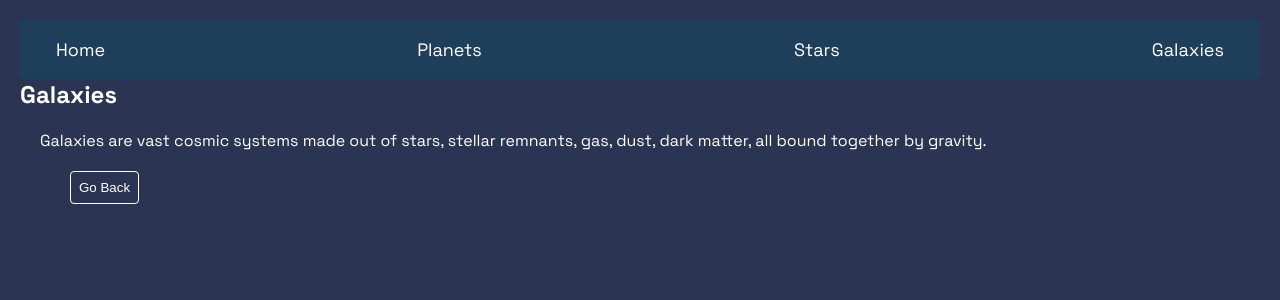
Repository: rmdayberry/Cosmic-Encyclopedia
Page: /galaxies
An editor plug-in stored every save of this project. The page is shown before and after the next save, followed by the edit.
The browser window is 1280 px wide. The pictures show the whole page.
The project was rebuilt for these pictures with package versions that can differ from the ones it lists, and the page was loaded fresh each time. Also part of the build but not shown: vite.config.js, src/pages/Homepage.js.

Above is the page before, as saved 2024-08-31 16:11:36.

### index.html
<!DOCTYPE html>
<html lang="en">
  <head>
    <meta charset="UTF-8" />
    <meta name="viewport" content="width=device-width, initial-scale=1.0" />
    <title>Cosmic Encyclopedia</title>
  </head>
  <body>
    <div id="root"></div>
    <script type="module" src="/src/main.jsx"></script>
  </body>
</html>

### src/App.jsx
import { BrowserRouter as Router, Routes, Route } from "react-router-dom";
import NavBar from "./NavBar";
import NavigateBackButton from "./NavigateBackButton";

//pages
import Homepage from "./pages/Homepage";
import ContentPage from "./pages/ContentPage";

function App() {
  return (
    <Router>
      <NavBar />
      <Routes>
        <Route path="/" element={<Homepage />} />
        <Route path="/:id" element={<ContentPage />} />
      </Routes>
      <NavigateBackButton />
    </Router>
  );
}

export default App;

### src/index.css
@import url("https://fonts.googleapis.com/css2?family=Space+Grotesk:wght@300..700&display=swap");

:root {
  --primary: #1f3e5a;
  --secondary: #2b3452;
}

body {
  margin: 0;
  padding: 20px;
  font-family: "Space Grotesk";
  background-color: var(--secondary);
}
* {
  color: #fff;
  margin: 0;
}

p {
  margin: 20px;
}

button {
  border: 1px solid white;
  padding: 8px;
  border-radius: 4px;
  color: white;
  background: var(--primary);
  cursor: pointer;
}

.nav-bar {
  display: flex;
  justify-content: space-between;
  gap: 16px;
  align-items: center;
  padding: 10px 20px;
  background-color: var(--primary);
}

.nav-bar a {
  color: white;
  text-decoration: none;
  padding: 8px 16px;
  font-size: 18px;
  transition: color 0.3s;
}

.nav-bar a:hover {
  color: orangered;
}

.backBtn {
  background-color: var(--secondary);
  transition: color 0.3s;
  margin-left: 50px;
}
.backBtn:hover {
  background-color: orangered;
}

### src/NavBar.jsx
import { Link } from "react-router-dom";

export default function NavBar() {
  return (
    <nav className="nav-bar">
      <Link to="/">Home</Link>
      <Link to="/planets">Planets</Link>
      <Link to="/stars">Stars</Link>
      <Link to="/galaxies">Galaxies</Link>
    </nav>
  );
}

### src/NavigateBackButton.jsx
import { useNavigate } from "react-router-dom";

const NavigateBackButton = () => {
  const navigate = useNavigate();

  return (
    <button className="backBtn" onClick={() => navigate(-1)}>
      Go Back
    </button>
  );
};

export default NavigateBackButton;

### src/pages/ContentPage.jsx
import { useParams } from "react-router-dom";
import celestialData from "../data/celestialData";

export default function ContentPage() {
  const { id } = useParams();
  const content = celestialData[id];

  if (!content) {
    return <p>Content not found. Please choose another celestial object.</p>;
  }
  return (
    <div>
      <h2 className="content-title">{content.title}</h2>
      <p>{content.description}</p>
    </div>
  );
}

### src/data/celestialData.js
const celestialData = {
  planets: {
    title: "Planets",
    description:
      "Planets are facinating worlds that orbit around stars, each with unique characteristics, landscapes, and atmospheres. From the icy rings of Saturn, to the fiery surface of Venus, these celestial bodies offer endless opportunities for exploration and discovery",
  },
  stars: {
    title: "Stars",
    description:
      "Stars are massive, luminous spheres of plasma held together by gravity. The closest star to Earth is the Sun.",
  },
  galaxies: {
    title: "Galaxies",
    description:
      "Galaxies are vast cosmic systems made out of stars, stellar remnants, gas, dust, dark matter, all bound together by gravity.",
  },
};

export default celestialData;

Loaded but not shown: src/main.jsx (common file)

After the next save:
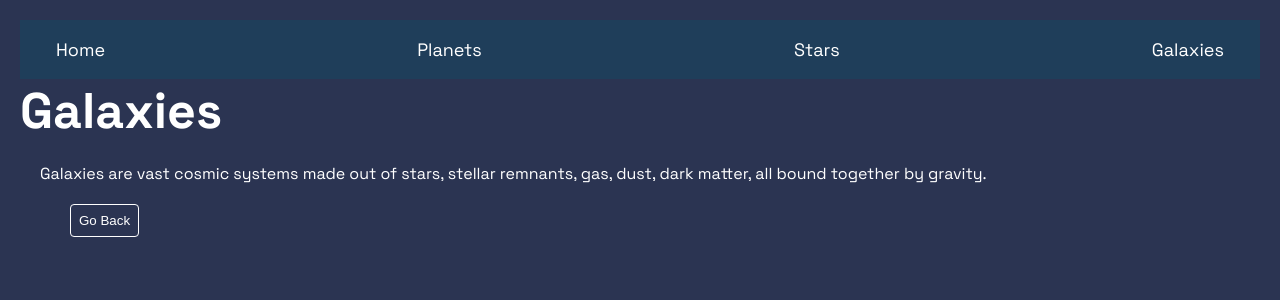
Saved 35 s later.
--- a/src/index.css
+++ b/src/index.css
@@ -58,3 +58,7 @@ button {
 .backBtn:hover {
   background-color: orangered;
 }
+
+.content-title {
+  font-size: 50px;
+}
